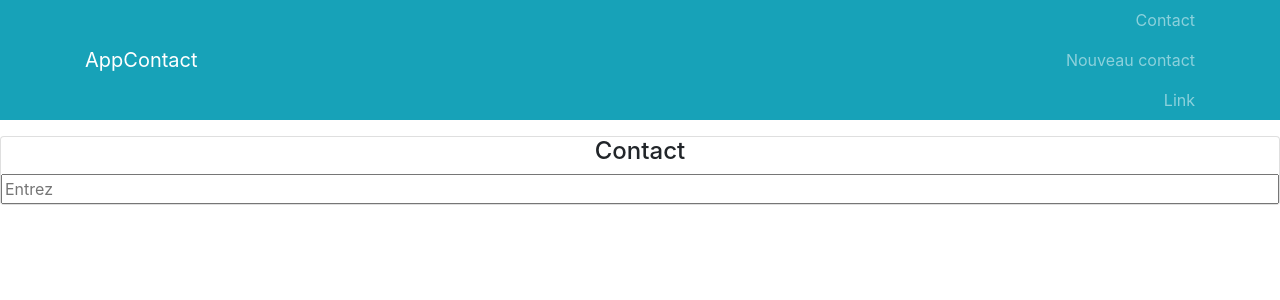
Repository: romgrm/appContact
Page: /
The author's editor kept a copy of each file at every save. The page is drawn from the files as they stood at one save, then again after a run of saves.
The browser window is 1280 px wide. The pictures show the whole page.
Some web libraries are served in a nearby version. The project was rebuilt for these pictures with package versions that can differ from the ones it lists, and the page was loaded fresh each time. Also part of the build but not shown: src/Components/Contact.js, src/Components/Liste.js.

Above is the page before, as saved 2020-12-03 16:08:01.

After the next 5 saves:
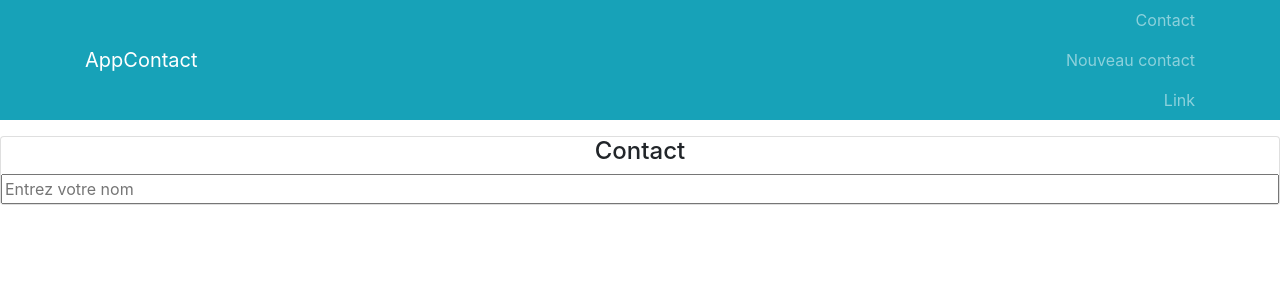
The 5 saves are shown as one change because they came seconds apart.
The last was saved 15 s later.
--- a/src/Components/AddContact.js
+++ b/src/Components/AddContact.js
@@ -5,7 +5,11 @@ export default class AddContact extends Component {
         return (
             <div className="card body-card text-center">
                 <h4>Contact</h4>
-                <input name="Nom" placeholder="Entrez"></input>
+                <input
+                name="Nom"
+                placeholder="Entrez votre nom"
+
+                ></input>
             </div>
         )
     }
